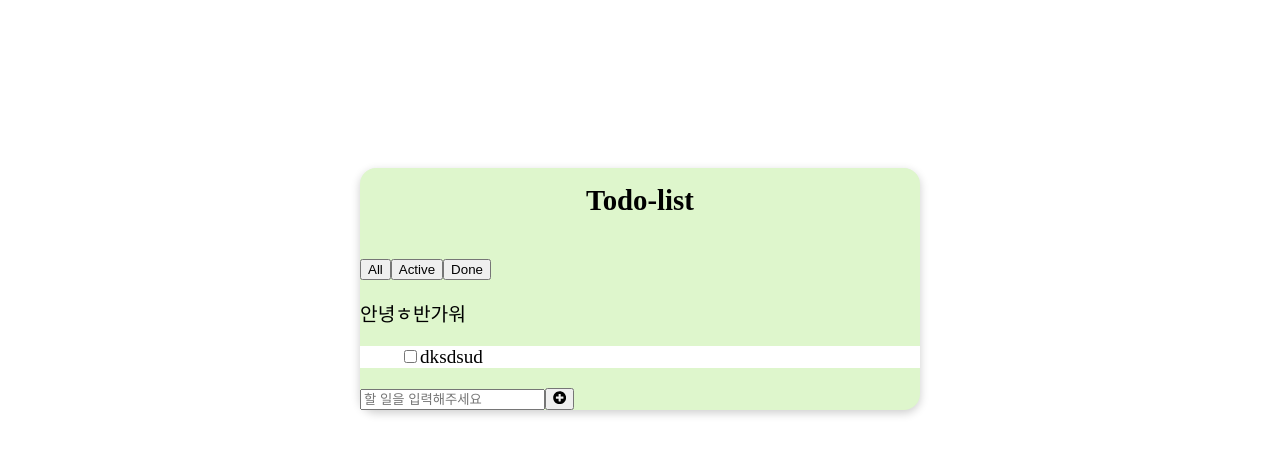
Repository: Yugayoung/todoList
Page: /
An editor plug-in stored every save of this project. The page is shown before and after the next save, followed by the edit.
The browser window is 1280 px wide. The pictures show the whole page.
Some web fonts or font styles are not loaded; a fallback is used. The project was rebuilt for these pictures with package versions that can differ from the ones it lists, and the page was loaded fresh each time. Also part of the build but not shown: src/App.css.

Above is the page before, as saved 2024-03-21 01:25:58.

After the next save:
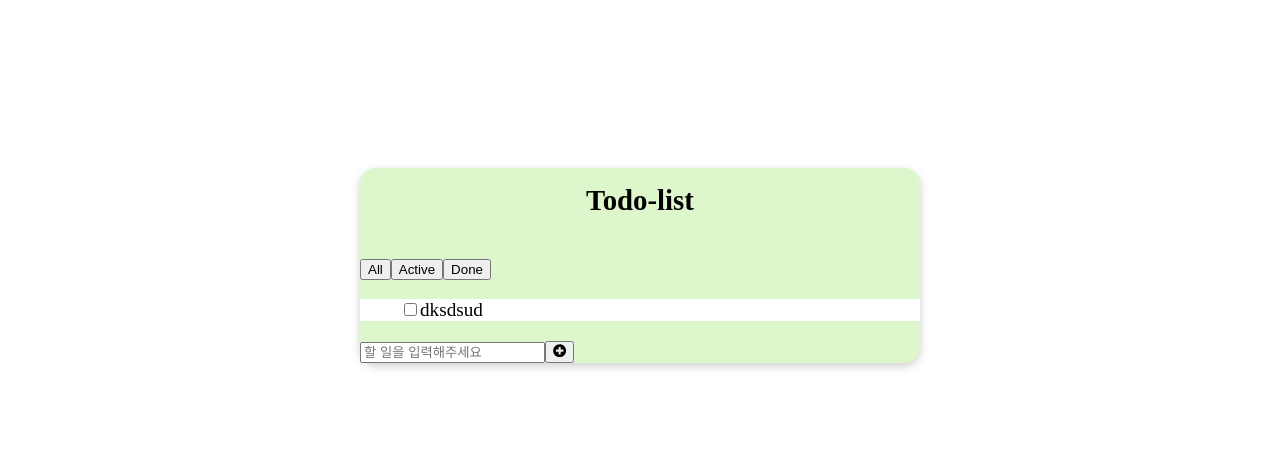
Saved 9 s later.
--- a/src/pages/todo.jsx
+++ b/src/pages/todo.jsx
@@ -30,7 +30,6 @@ export default function Todo() {
           <button>All</button>
           <button>Active</button>
           <button>Done</button>
-          <p>안녕ㅎ반가워</p>
         </div>
 
         {/* addTodoList */}
